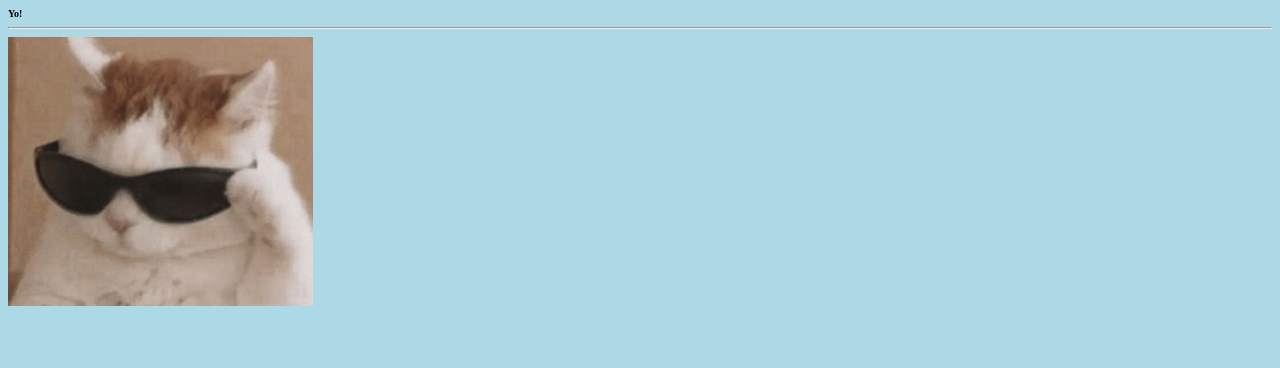
Repository: tjfgk97/sts3
Page: http://localhost/spring-first/hi
An editor plug-in stored every save of this project. The page is shown before and after the next save, followed by the edit.
The browser window is 1280 px wide. The pictures show the whole page.
The page is served by Tomcat 9.

Above is the page before, as saved 2024-02-01 06:55:52.

After the next save:
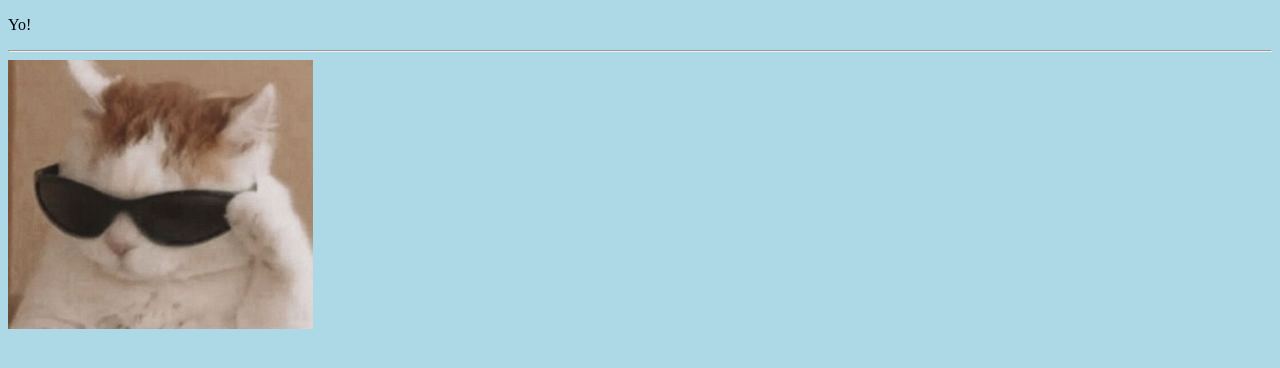
Saved 23 s later.
--- a/spring-first/src/main/webapp/WEB-INF/views/intro.jsp
+++ b/spring-first/src/main/webapp/WEB-INF/views/intro.jsp
@@ -10,7 +10,7 @@
 </style>
 </head>
 <body>
-	<h1>Yo!</h1>
+	<p>Yo!</p>
 	<a href=""></a>
 	<hr>
 	<img alt="" src="resources/images/ganzi.png">
